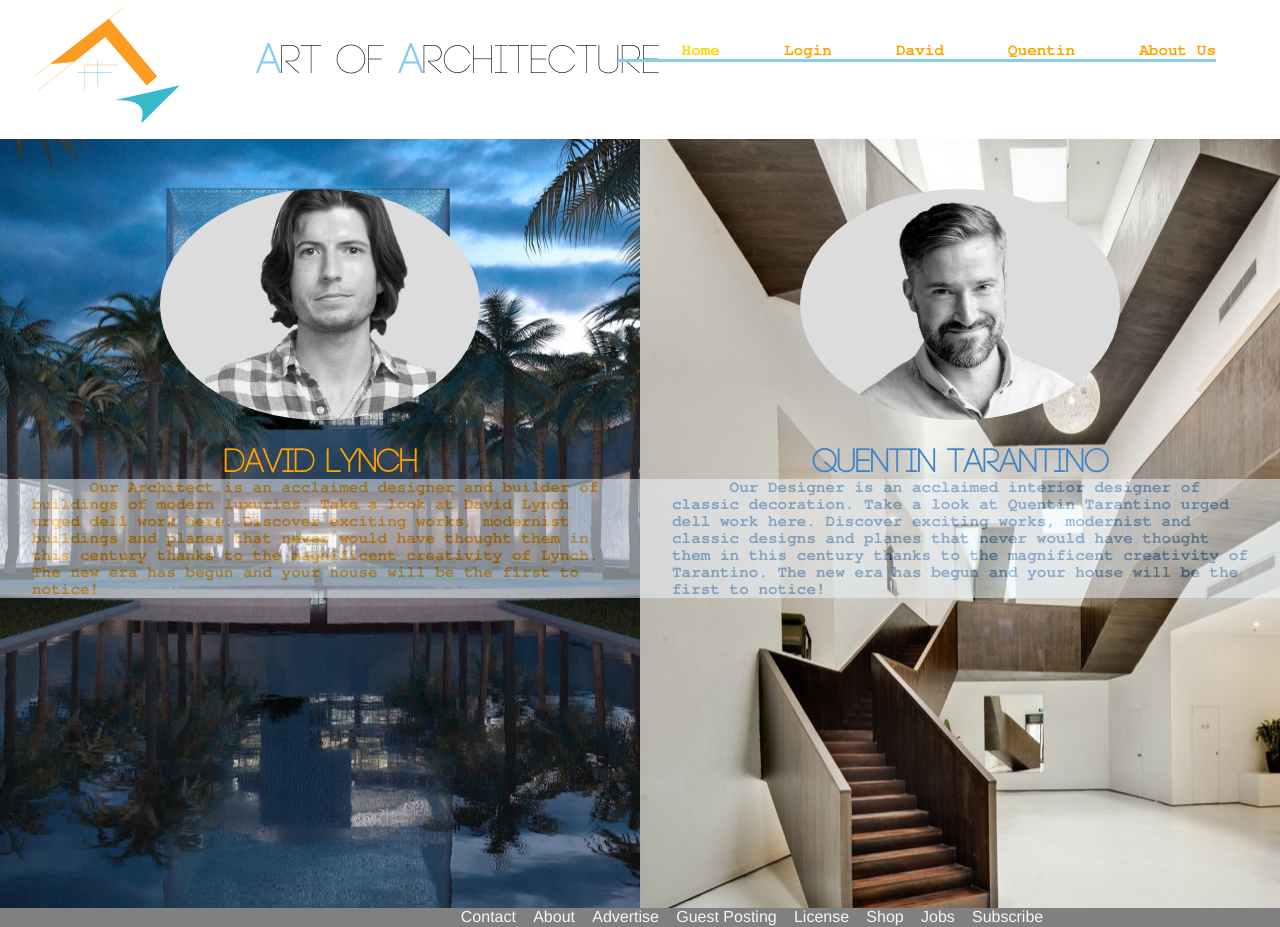
Repository: jcfuentes102/AltaNavidad
Page: index.html
The author's editor kept a record of every edit. The page is drawn from the files as they stood at one moment, then again after the next edit.
The browser window is 1280 px wide. The pictures show the whole page.

Above is the page before.

### index.html
<!doctype html>
<html lang="es">
<head>
    <title>Art of Architecture</title>
    <meta charset="UTF-8">
    <link rel="stylesheet" type="text/css" href="css/estilosIndexHTML.css">
    <link rel="stylesheet" type="text/css" href="css/style.css">
    <link rel="stylesheet" type="text/css" href="css/estilosAltaNavidad.css">
</head>
<body>
    <div id="cont">
        <div id="header"><span class="title"><b>A</b>rt of <b>A</b>rchitecture</span>
        <span class="enlaces">
            <a href="docs/about.html">About Us</a><a href="docs/quentin.html">Quentin</a>
            <a href="docs/david.html">David</a><a href="index.php">Login</a>
            <a href="#"><b class="selected">Home</b></a>
            </span></div>

        <div id="main">
            <div id="david">
                <a href="docs/david.html"><div id="foto1" class="foto"></div></a>
                <div id="texto1" class="texto">
                    <h1 class="nombre"><a id="davida" href="docs/david.html">David Lynch</a></h1>
                    <p class="descrip">Our Architect is an acclaimed designer and builder of buildings of modern luxuries. Take a look at David Lynch urged dell work here.
Discover exciting works, modernist buildings and planes that never would have thought them in this century thanks to the magnificent creativity of Lynch.
The new era has begun and your house will be the first to notice!</p>
                </div>
            </div>
            <div id="quentin">
                <a href="docs/quentin.html"><div id="foto2" class="foto"></div></a>
                <div id="texto1" class="texto">
                    <h1 class="nombre"><a id="quentina" href="docs/quentin.html">Quentin Tarantino</a></h1>
                    <p class="descrip">Our Designer is an acclaimed interior designer of classic decoration. Take a look at Quentin Tarantino urged dell work here.
Discover exciting works, modernist and classic designs and planes that never would have thought them in this century thanks to the magnificent creativity of Tarantino.
The new era has begun and your house will be the first to notice!</p>
                </div>
            </div>

        </div>

        <div id="footer">
          <a href="/docs/contact.html">Contact</a>
          <a href="/docs/about.html">About</a>
          <a href="#">Advertise</a>
          <a href="#">Guest Posting</a>
          <a href="#">License</a>
          <a href="#">Shop</a>
          <a href="#">Jobs</a>
          <a href="#">Subscribe</a>
        </div>
    </div>
</body>
</html>

### css/estilosIndexHTML.css
/*Modelo de cajas Responsive*/
body{
    margin:0;
    }
#cont {
    width:100%;
    height:1000px;
    }
#header {
    width:100%;
    height:15%;
    background-image: url(../images/logo.png);
    background-color: #FFFFFF;
    background-repeat:no-repeat;
    }
#main {
    width:100%;
    height:83%;
    }
#footer {
    width:100%;
    height:2%;
    background-color:grey;
    }

#david {
    width:50%;
    height:100%;
    background-image:url(../images/davidfondo.jpg);
    background-repeat:no-repeat;
    float:left;
    color:orange;
    background-color: #dcdcdc;
    background-position:center;
    background-repeat: no-repeat;
    }
#quentin {
    width:50%;
    height:100%;
    float:right;
    background-image:url(../images/quentinfondo.jpg);
    color:#4283c5;
    background-color: #dcdcdc;
    background-position:center;
    background-repeat: no-repeat;
}

/*Estilos*/
.foto{
    width:50%;
    height:50%;
    border-radius:50%;
    position:relative;
    top:50px;
    left:25%;
    }
#foto1{
    background-image:url(../images/david.png);
    border-style: solid;
    border-color: orange;
    background-color: #dcdcdc;
    background-size:contain;
    background-position:center;
    background-repeat: no-repeat;
}

#foto2{
    background-image:url(../images/quentin.png);
    border-style: solid;
    border-color: skyblue;
    background-color: #dcdcdc;
    background-size:contain;
    background-position:center;
    background-repeat: no-repeat;
}
.texto {
    position:relative;
    top:10%;
    }
.nombre {
    position:relative;
    top:10%;
    text-align:center;
    font-family:Code-Light;
    font-weight: 1000;
    }
.descrip{
    text-indent:10%;
    padding-left:5%;
    padding-right:5%;
    font-size: 1.5em;
    font-family:"Free Monospaced Bold";
    background-color: aliceblue;
    opacity: 0.5;
    }
.title{
    font-size: 3em;
    position:relative;
    margin-left: 10%;
    top: 30%;
    font-family:Code-Light;
}
b{
    color:skyblue;
}
a, a:visited{
    text-decoration: none;
}
a#davida{
    color:orange;}
a#davida:hover{
    color:gold;
}
a#quentina{
    color:#4283c5;}
a#quentina:hover{
    color:skyblue;
}

.enlaces a{
    float:right;
    font-size: 1.5em;
    padding-left:5%;
    position:relative;
    top:30%;
    right: 5%;
    font-family: "Free Monospaced Bold";
    color:orange;
    border-bottom-style: solid;
    border-bottom-color: skyblue;
}

.selected, .enlaces a:hover{
    color: gold;
}

#footer a{
    color:aliceblue;
    margin-left: 1%;
    position:relative;
    left:35%;
}

@media only screen
  and (min-width: 960px) and (max-width: 1524px) {
.descrip{
    font-size: 1em;
    }
.title{
    font-size: 2.5em;
    margin-left: 20%;
}
.enlaces a{
    font-size: 1em;
}
.foto{
    width:50%;
    height:30%;
    border-radius:50%;
    position:relative;
    top:50px;
    left:25%;
    }
  }




@font-face {font-family:"Code-Light";src:url("fonts/CODE_Light.eot?") format("eot"),url("fonts/CODE_Light.woff") format("woff"),url("fonts/CODE_Light.ttf") format("truetype"),url("fonts/CODE_Light.svg#Code-Light") format("svg");font-weight:normal;font-style:normal;}

@font-face {font-family:"Free Monospaced Bold";src:url("fonts/FreeMonoBold.eot?") format("eot"),url("fonts/FreeMonoBold.woff") format("woff"),url("fonts/FreeMonoBold.ttf") format("truetype"),url("fonts/FreeMonoBold.svg#FreeMonoBold") format("svg");font-weight:normal;font-style:normal;}

### css/style.css
/*******************
LOGIN inputFORM STYLESHEET
by: Amit Jakhu
www.amitjakhu.com
*******************/

/*******************
FONTS
*******************/

@import url(http://fonts.googleapis.com/css?family=Bree+Serif);

/*******************
SELECTION STYLING
*******************/

::selection {
	color: #fff;
	background: #f676b2; /* Safari */
}
::-moz-selection {
	color: #fff;
	background: #f676b2; /* Firefox */
}

/*******************
BODY STYLING
*******************/

* {
	margin: 0;
	padding: 0;
	border: 0;
}

body {
	background: url(../images/bg.png) repeat;
	font-family: "HelveticaNeue-Light", "Helvetica Neue Light", "Helvetica Neue", Helvetica, Arial, "Lucida Grande", sans-serif;
	font-weight:300;
	text-align: left;
	text-decoration: none;
}

#wrapper {
	/* Center wrapper perfectly */
	width: 300px;
	height: 400px;
	position: absolute;
	left: 50%;
	top: 45%;
	margin-left: -150px;
	margin-top: -200px;
}

/*
.gradient {
	width: 600px;
	height: 600px;
	position: fixed;
	left: 50%;
	top: 50%;
	margin-left: -300px;
	margin-top: -300px;

	background: url(../images/gradient.png) no-repeat;
}
*/

.gradient {
	/* Center Positioning */
	width: 600px;
	height: 600px;
	position: fixed;
	left: 50%;
	top: 50%;
	margin-left: -300px;
	margin-top: -300px;

	/* Fallback */
	background-image: url(../images/gradient.png);
	background-repeat: no-repeat;

	/* CSS3 Gradient */
	background-image: -webkit-gradient(radial, 0% 0%, 0% 100%, from(rgba(213,246,255,1)), to(rgba(213,246,255,0)));
	background-image: -webkit-radial-gradient(50% 50%, 40% 40%, rgba(213,246,255,1), rgba(213,246,255,0));
	background-image: -moz-radial-gradient(50% 50%, 50% 50%, rgba(213,246,255,1), rgba(213,246,255,0));
	background-image: -ms-radial-gradient(50% 50%, 50% 50%, rgba(213,246,255,1), rgba(213,246,255,0));
	background-image: -o-radial-gradient(50% 50%, 50% 50%, rgba(213,246,255,1), rgba(213,246,255,0));
}
.gradient2 {
	/* Center Positioning */
	width: 600px;
	height: 600px;
	position: fixed;
	left: 50%;
	top: 50%;
	margin-left: -300px;
	margin-top: -300px;
}
/*******************
LOGIN FORM
*******************/

.login-form {
	width: 300px;
	margin: 0 auto;
	position: relative;
	z-index:5;

	background: #f3f3f3;
	border: 1px solid #fff;
	border-radius: 5px;

	box-shadow: 0 1px 3px rgba(0,0,0,0.5);
	-moz-box-shadow: 0 1px 3px rgba(0,0,0,0.5);
	-webkit-box-shadow: 0 1px 3px rgba(0,0,0,0.5);
}

/*******************
HEADER
*******************/

.login-form .header {
	padding: 40px 30px 30px 30px;
}

.login-form .header h1 {
	font-family: 'Bree Serif', serif;
	font-weight: 300;
	font-size: 28px;
	line-height:34px;
	color: #414848;
	text-shadow: 1px 1px 0 rgba(256,256,256,1.0);
	margin-bottom: 10px;
}

.login-form .header span {
	font-size: 11px;
	line-height: 16px;
	color: #678889;
	text-shadow: 1px 1px 0 rgba(256,256,256,1.0);
}

/*******************
CONTENT
*******************/

.login-form .content {
	padding: 0 30px 25px 30px;
}

/* Input field */
.input {
	width: 188px;
	padding: 15px 25px;

	font-family: "HelveticaNeue-Light", "Helvetica Neue Light", "Helvetica Neue", Helvetica, Arial, "Lucida Grande", sans-serif;
	font-weight: 400;
	font-size: 14px;
	color: #9d9e9e;
	text-shadow: 1px 1px 0 rgba(256,256,256,1.0);

	background: #fff;
	border: 1px solid #fff;
	border-radius: 5px;

	box-shadow: inset 0 1px 3px rgba(0,0,0,0.50);
	-moz-box-shadow: inset 0 1px 3px rgba(0,0,0,0.50);
	-webkit-box-shadow: inset 0 1px 3px rgba(0,0,0,0.50);
}

.input2 {
	width: 140px;
	padding: 10px 25px;
	position:relative;

	font-family: "HelveticaNeue-Light", "Helvetica Neue Light", "Helvetica Neue", Helvetica, Arial, "Lucida Grande", sans-serif;
	font-weight: 400;
	font-size: 14px;
	color: #9d9e9e;
	text-shadow: 1px 1px 0 rgba(256,256,256,1.0);

	background: #fff;
	border: 1px solid #fff;
	border-radius: 5px;

	box-shadow: inset 0 1px 3px rgba(0,0,0,0.50);
	-moz-box-shadow: inset 0 1px 3px rgba(0,0,0,0.50);
	-webkit-box-shadow: inset 0 1px 3px rgba(0,0,0,0.50);
}

/* Second input field */
.login-form .content .password, .login-form .content .pass-icon {
	margin-top: 25px;
}

.input:hover, .input2:hover {
	background: #dfe9ec;
	color: #414848;
}

.input:focus, .input2:hover {
	background: #dfe9ec;
	color: #414848;

	box-shadow: inset 0 1px 2px rgba(0,0,0,0.25);
	-moz-box-shadow: inset 0 1px 2px rgba(0,0,0,0.25);
	-webkit-box-shadow: inset 0 1px 2px rgba(0,0,0,0.25);
}

.user-icon, .pass-icon {
	width: 46px;
	height: 47px;
	display: block;
	position: absolute;
	left: 0px;
	padding-right: 2px;
	z-index: 3;

	-moz-border-radius-topleft: 5px;
	-moz-border-radius-bottomleft: 5px;
	-webkit-border-top-left-radius: 5px;
	-webkit-border-bottom-left-radius: 5px;
}

.user-icon {
	top:147px; /* Positioning fix for slide-in, got lazy to think up of simpler method. */
	background: rgba(65,72,72,0.75) url(../images/user-icon.png) no-repeat center;
}

.pass-icon {
	top:221px;
	background: rgba(65,72,72,0.75) url(../images/pass-icon.png) no-repeat center;
}

/* Animation */
.input, .input2, .user-icon, .pass-icon, .button, .register {
	transition: all 0.5s;
	-moz-transition: all 0.5s;
	-webkit-transition: all 0.5s;
	-o-transition: all 0.5s;
	-ms-transition: all 0.5s;
}

/*******************
FOOTER
*******************/

.login-form .footer {
	padding: 25px 30px 40px 30px;
	overflow: auto;

	background: #d4dedf;
	border-top: 1px solid #fff;

	box-shadow: inset 0 1px 0 rgba(0,0,0,0.15);
	-moz-box-shadow: inset 0 1px 0 rgba(0,0,0,0.15);
	-webkit-box-shadow: inset 0 1px 0 rgba(0,0,0,0.15);
}

/* Login button */
.login-form .footer .button {
	padding: 11px 25px;
	width:240px;
	font-family: 'Bree Serif', serif;
	font-weight: 300;
	font-size: 18px;
	color: #fff;
	text-shadow: 0px 1px 0 rgba(0,0,0,0.25);

	background: #56c2e1;
	border: 1px solid #46b3d3;
	border-radius: 5px;
	cursor: pointer;

	box-shadow: inset 0 0 2px rgba(256,256,256,0.75);
	-moz-box-shadow: inset 0 0 2px rgba(256,256,256,0.75);
	-webkit-box-shadow: inset 0 0 2px rgba(256,256,256,0.75);
}

.login-form .footer .button:hover {
	background: #3f9db8;
	border: 1px solid rgba(256,256,256,0.75);

	box-shadow: inset 0 1px 3px rgba(0,0,0,0.5);
	-moz-box-shadow: inset 0 1px 3px rgba(0,0,0,0.5);
	-webkit-box-shadow: inset 0 1px 3px rgba(0,0,0,0.5);
}

.login-form .footer .button:focus {
	position: relative;
	bottom: -1px;

	background: #56c2e1;

	box-shadow: inset 0 1px 6px rgba(256,256,256,0.75);
	-moz-box-shadow: inset 0 1px 6px rgba(256,256,256,0.75);
	-webkit-box-shadow: inset 0 1px 6px rgba(256,256,256,0.75);
}

/* Register button */
.login-form .footer .register {
	display: block;
	float: right;
	padding: 10px;
	margin-right: 20px;

	background: none;
	border: none;
	cursor: pointer;

	font-family: 'Bree Serif', serif;
	font-weight: 300;
	font-size: 18px;
	color: #414848;
	text-shadow: 0px 1px 0 rgba(256,256,256,0.5);
}

.login-form .footer .register:hover {
	color: #3f9db8;
}

.login-form .footer .register:focus {
	position: relative;
	bottom: -1px;
}

### css/estilosAltaNavidad.css
/*Modelo de cajas Responsive*/
body{
    margin:0;
    }
#cont {
    width:100%;
    height:927px;
    }
#header {
    width:100%;
    height:15%;
    background-image: url(../images/logo.png);
    background-color: #FFFFFF;
    background-repeat:no-repeat;
    }
#main {
    width:100%;
    height:83%;
    }
#footer {
    width:100%;
    height:2%;
    background-color:grey;
    }

#david {
    width:50%;
    height:100%;
    background-image:url(../images/davidfondo.jpg);
    background-repeat:no-repeat;
    float:left;
    color:orange;
    background-color: #dcdcdc;
    background-position:center;
    background-repeat: no-repeat;
    }
#quentin {
    width:50%;
    height:100%;
    float:right;
    background-image:url(../images/quentinfondo.jpg);
    color:#4283c5;
    background-color: #dcdcdc;
    background-position:center;
    background-repeat: no-repeat;
}

/*Estilos*/
.foto{
    width:50%;
    height:50%;
    border-radius:50%;
    position:relative;
    top:50px;
    left:25%;
    }
#foto1{
    background-image:url(../images/david.png);
    border-style: solid;
    border-color: orange;
    background-color: #dcdcdc;
    background-size:contain;
    background-position:center;
    background-repeat: no-repeat;
}

#foto2{
    background-image:url(../images/quentin.png);
    border-style: solid;
    border-color: skyblue;
    background-color: #dcdcdc;
    background-size:contain;
    background-position:center;
    background-repeat: no-repeat;
}
.texto {
    position:relative;
    top:10%;
    }
.nombre {
    position:relative;
    top:10%;
    text-align:center;
    font-family:Code-Light;
    font-weight: 1000;
    }
.descrip{
    text-indent:10%;
    padding-left:5%;
    padding-right:5%;
    font-size: 1.5em;
    font-family:"Free Monospaced Bold";
    background-color: aliceblue;
    opacity: 0.5;
    }
.title{
    font-size: 3em;
    position:relative;
    margin-left: 10%;
    top: 30%;
    font-family:Code-Light;
}
b{
    color:skyblue;
}
a, a:visited{
    text-decoration: none;
}
a#davida{
    color:orange;}
a#davida:hover{
    color:gold;
}
a#quentina{
    color:#4283c5;}
a#quentina:hover{
    color:skyblue;
}
.enlaces a{
    float:right;
    font-size: 1.5em;
    padding-left:5%;
    position:relative;
    top:30%;
    right: 5%;
    font-family: "Free Monospaced Bold";
    color:orange;
    border-bottom: solid;
    border-color: skyblue;
}

.selected, .enlaces a:hover{
    color: gold;
}

#footer a{
    color:aliceblue;
    margin-left: 1%;
    position:relative;
    left:35%;
}

.fileUpload {
    position: relative;
    overflow: hidden;
}
.fileUpload input.upload {
    position: absolute;
    top: 0;
    right: 0;
    margin: 0;
    padding: 0;
    font-size: 20px;
    cursor: pointer;
    opacity: 0;
    filter: alpha(opacity=0);
}

.btn-primary:hover, .btn-primary:focus, .btn-primary:active, .btn-primary.active, .open .dropdown-toggle.btn-primary {
    color: #FFF;
    background-color: #3276B1;
    border-color: #285E8E;
}
.btn:hover, .btn:focus {
    color: #333;
    text-decoration: none;
}
.btn-primary {
    color: #FFF;
    background-color: #428BCA;
    border-color: #357EBD;
}
.btn-warning {
    color: #FFF;
    top:1px;
    background-color: #F0AD4E;
    border-color: #EEA236;
}

.btn {
    display: inline-block;
    padding: 6px 12px;
    margin-bottom: 0px;
    font-size: 14px;
    font-weight: normal;
    line-height: 1.42857;
    text-align: center;
    white-space: nowrap;
    vertical-align: middle;
    cursor: pointer;
    -moz-user-select: none;
    background-image: none;
    border: 1px solid transparent;
    border-radius: 4px;
}

.btn-success:hover, .btn-success:focus, .btn-success:active, .btn-success.active, .open .dropdown-toggle.btn-success {
    color: #FFF;
    background-color: #47A447;
    border-color: #398439;
}
.btn:hover, .btn:focus {
    color: #333;
    text-decoration: none;
}
.btn-success {
    color: #FFF;
    background-color: #5CB85C;
    border-color: #4CAE4C;
}

.btn-danger:hover, .btn-danger:focus, .btn-danger:active, .btn-danger.active, .open .dropdown-toggle.btn-danger {
    color: #FFF;
    background-color: #D2322D;
    border-color: #AC2925;
}
.btn:hover, .btn:focus {
    color: #333;
    text-decoration: none;
}
.btn-danger {
    color: #FFF;
    background-color: #D9534F;
    border-color: #D43F3A;
}

@media only screen
  and (min-width: 960px) and (max-width: 1524px) {
.descrip{
    font-size: 1em;
    }
.title{
    font-size: 2.5em;
    margin-left: 20%;
}
.enlaces a{
    font-size: 1em;
}
.foto{
    width:50%;
    height:30%;
    border-radius:50%;
    position:relative;
    top:50px;
    left:25%;
    }
iframe{
    position:relative;
    left:30%;
    top:-350px;;
}
  }
  .enlace{
      color:white;
      font-family: Code-Light;
  }

  #enlacesedit{
      position:absolute;
      left:600px;
      top:600px;
  }
.fbimagen{
    height:60px;
    width:60px;
    position:absolute;
    top:610px;
    left:220px;
}

.profileimg{
    width:75px;
    height:75px;

}

.imgcontent{
    border-radius: 50%;
    border: 5px solid #e7a61a;
    width:250px;
    height:250px;
    background-position:center;
    background-repeat: no-repeat;
    background-size:cover;
}

.imgcontentposicion{
    position:relative;
    left:300px;
    top:50px;
}


#isesion{
    position:absolute;
    left:1200px;
    top:150px;
}

#forgetform{
    position:absolute;
    left:1250px;
    top:230px;
}


@font-face {font-family:"Code-Light";src:url("../fonts/CODE_Light.eot?") format("eot"),url("../fonts/CODE_Light.woff") format("woff"),url("../fonts/CODE_Light.ttf") format("truetype"),url("../fonts/CODE_Light.svg#Code-Light") format("svg");font-weight:normal;font-style:normal;}

@font-face {font-family:"Free Monospaced Bold";src:url("../fonts/FreeMonoBold.eot?") format("eot"),url("../fonts/FreeMonoBold.woff") format("woff"),url("../fonts/FreeMonoBold.ttf") format("truetype"),url("../fonts/FreeMonoBold.svg#FreeMonoBold") format("svg");font-weight:normal;font-style:normal;}

After the next edit:
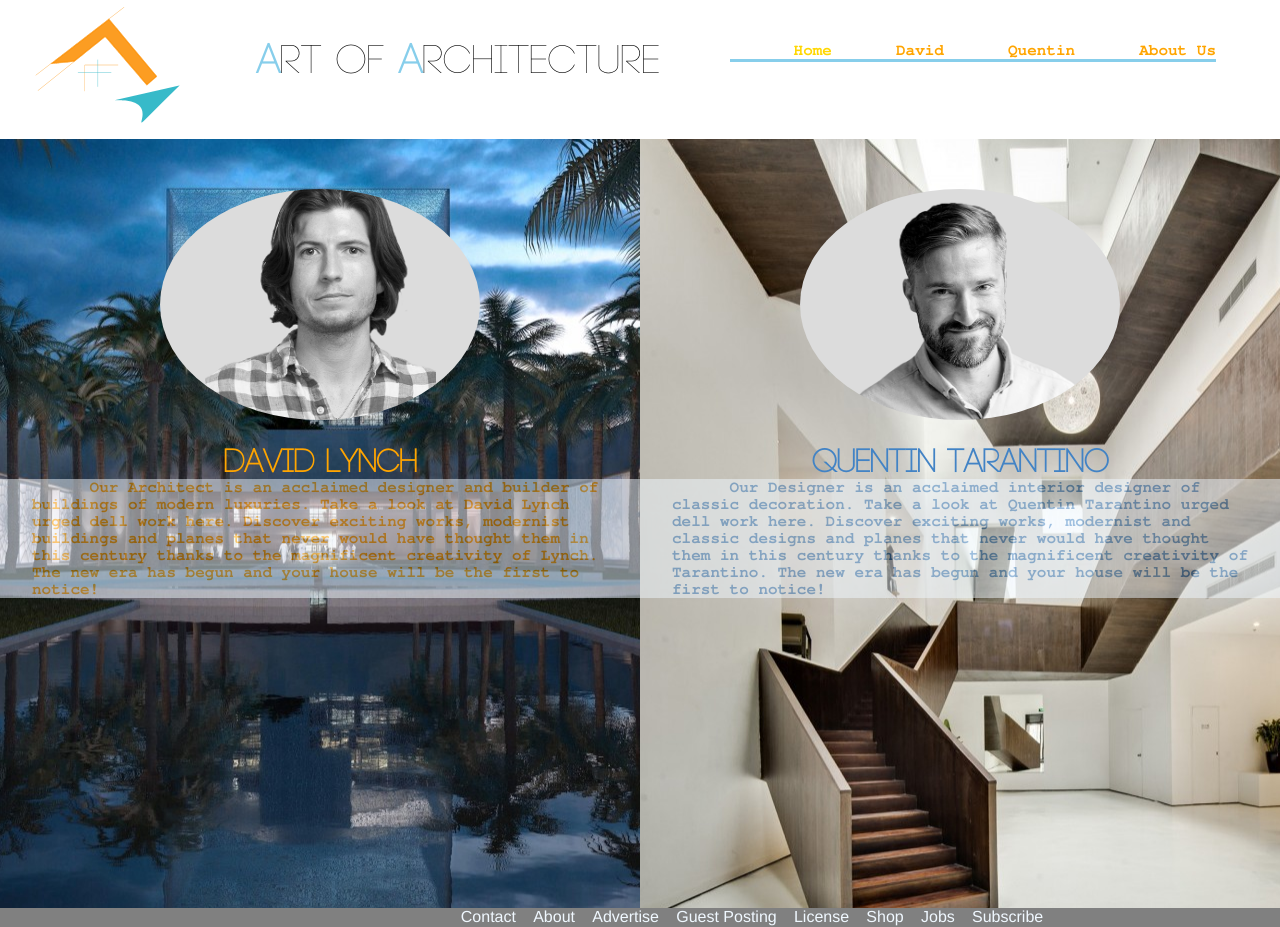
The edit:
--- a/index.html
+++ b/index.html
@@ -10,11 +10,14 @@
 <body>
     <div id="cont">
         <div id="header"><span class="title"><b>A</b>rt of <b>A</b>rchitecture</span>
-        <span class="enlaces">
-            <a href="docs/about.html">About Us</a><a href="docs/quentin.html">Quentin</a>
-            <a href="docs/david.html">David</a><a href="index.php">Login</a>
-            <a href="#"><b class="selected">Home</b></a>
-            </span></div>
+            <span class="enlaces">
+                <a href="docs/about.html">About Us</a>
+                <a href="docs/quentin.html">Quentin</a>
+                <a href="docs/david.html">David</a>
+
+                <a href="#"><b class="selected">Home</b></a>
+            </span>
+        </div>
 
         <div id="main">
             <div id="david">
